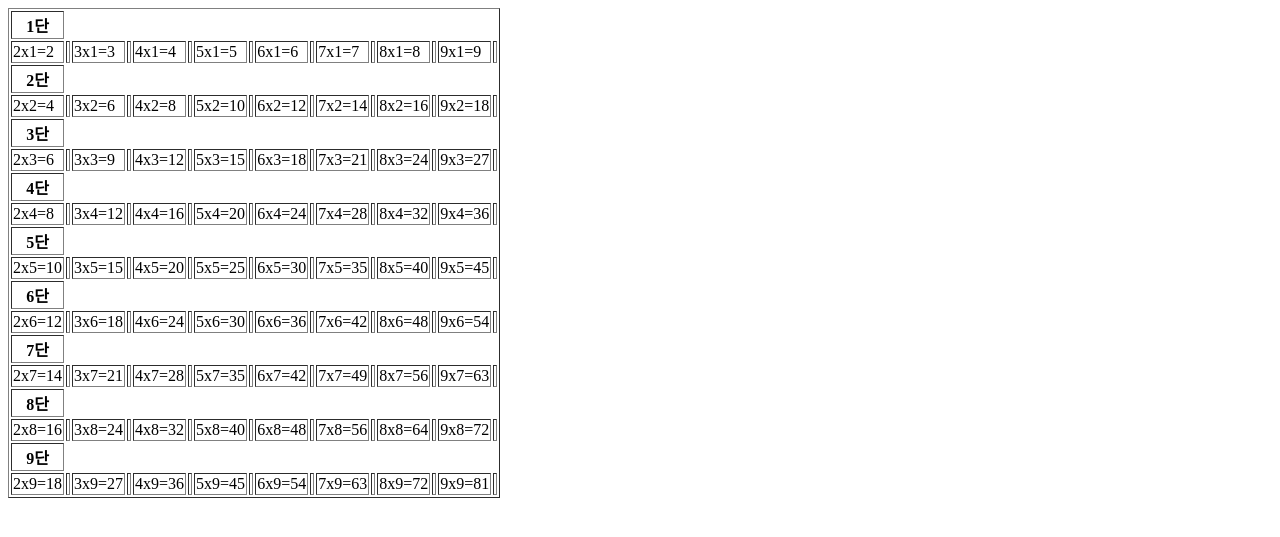
Repository: tldnwkd/jspclass2026
Page: http://localhost/chapter01/test02.jsp
These files come from the project's save history. The page is drawn as it stood at one moment and after the next save; the edit follows.
The browser window is 1280 px wide. The pictures show the whole page.
The page is served by Tomcat 9.

Above is the page before, as saved 2026-10-16 04:25:09.

After the next save:
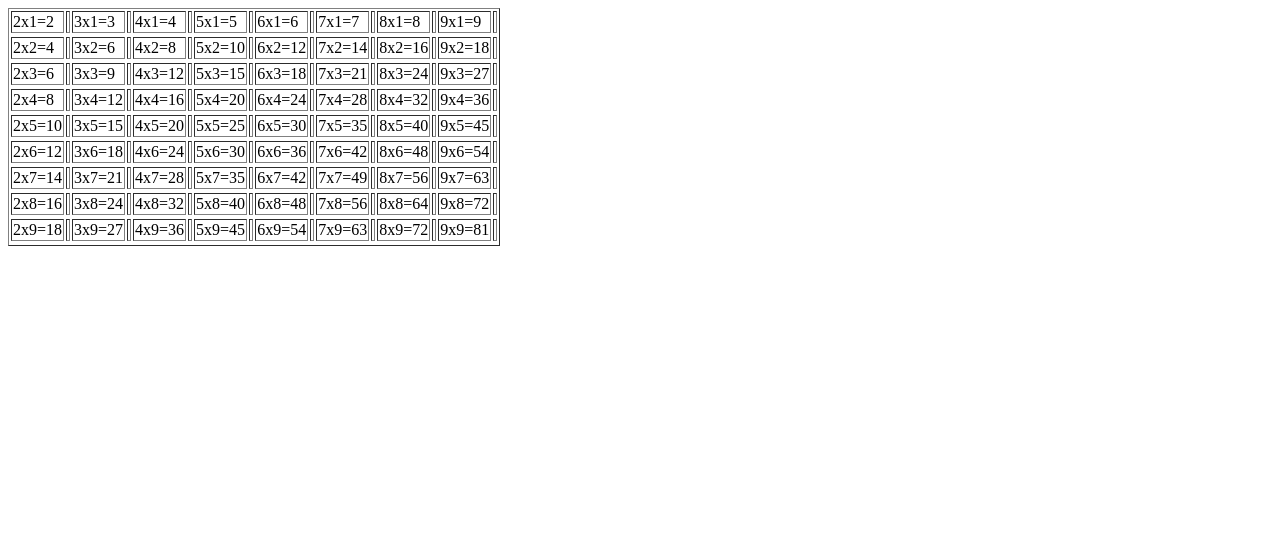
Saved 18 s later.
--- a/chapter01/src/main/webapp/test02.jsp
+++ b/chapter01/src/main/webapp/test02.jsp
@@ -12,12 +12,10 @@
 <table border="1">
 <%for(int i=1; i<10; i++) {%>
 	<tr>
-	<th><%= i %>단</th>
-	<tr/>
 	<%for(int j=2; j<10; j++){%>
 	<td><%=j%>x<%=i%>=<%=j*i%><td/>
 	<%}%>
-
+	<tr/>
 <%}%>
 </table>
 </body>
